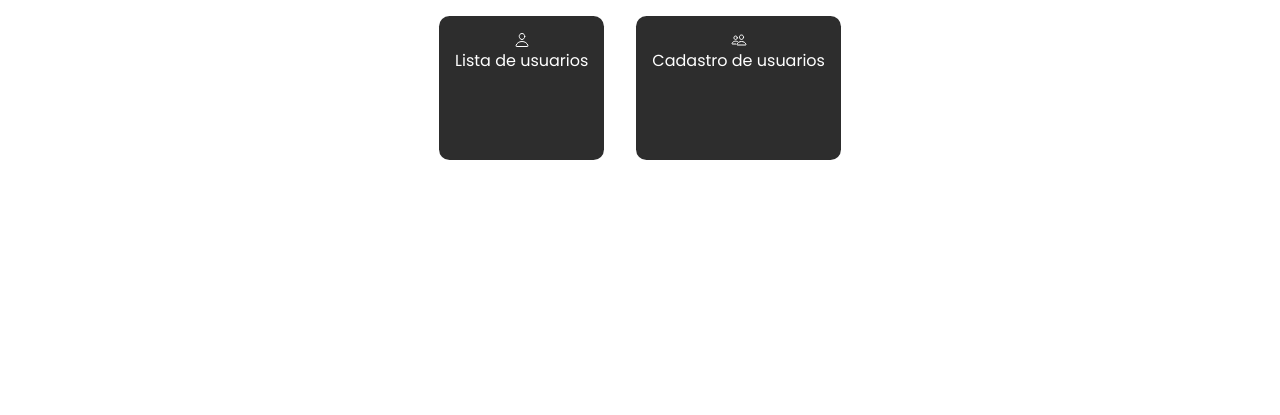
Repository: BeatrizFloriano96/myPagesSpeedLog
Page: html/usuarios.html
These files come from the project's save history. The page is drawn as it stood at one moment and after the next save; the edit follows.
The browser window is 1280 px wide. The pictures show the whole page.

Above is the page before, as saved 2022-01-29 13:06:34.

### html/usuarios.html
<link rel="stylesheet" href="../css/usuarios.css">

<body>



    <section>
        <!--início ícones principais-->

        <div id="grandeCaixa">

            <div class="caixinha">
                <a href="/perfil">
                    <ion-icon class="icon" name="person-outline"></ion-icon>
                </a>
                <p>Lista de usuarios</p>
            </div>

            <div class="caixinha">
                <a href="/usuarios">
                    <ion-icon class="icon" name="people-outline"></ion-icon>
                </a>
                <p>Cadastro de usuarios</p>
            </div>

        </div>


        <!--Final ícones principais-->

        <script type="module" src="https://unpkg.com/ionicons@5.5.2/dist/ionicons/ionicons.esm.js"></script>
        <script nomodule src="https://unpkg.com/ionicons@5.5.2/dist/ionicons/ionicons.js"></script>
    </section>




</body>

### css/usuarios.css
@import url('https://fonts.googleapis.com/css2?family=Poppins:wght@100;200;300;400;500;600;700&display=swap');
@import url('https://fonts.googleapis.com/css2?family=Patrick+Hand&display=swap');

*{
    padding: 0;
    margin: 0;
    box-sizing: border-box;
    border: none;
    font-family: 'Poppins';

}

.caixinha{
        background-color:#2d2d2d;
        min-height: 20vh;
        min-width: 20vh;
        margin: 1rem;
        padding: 1rem;
        border-radius: 10.5px;
        text-align: center;

}

p, a {
    color: white;

}

#grandeCaixa{
    display: flex;
    justify-content: center;
    border-top: 30vh;
}

After the next save:
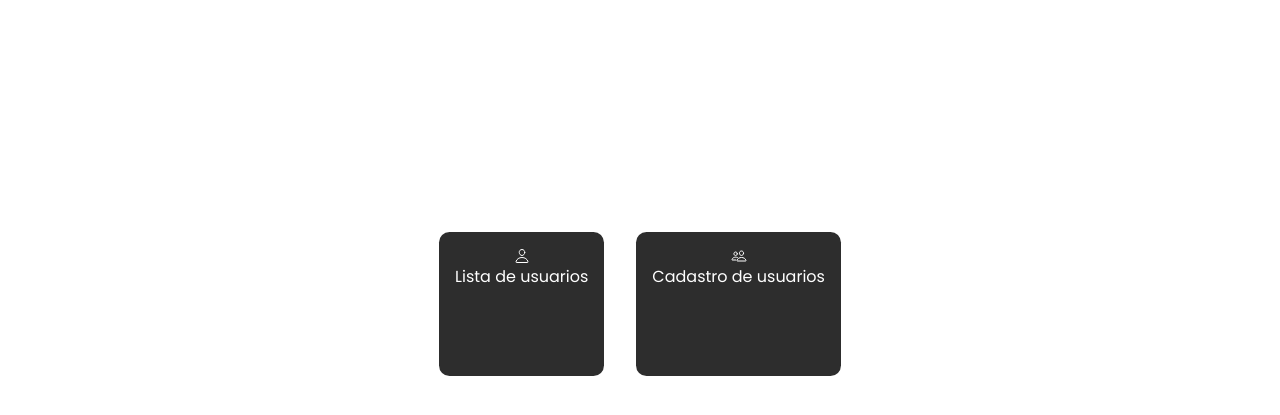
Saved 25 s later.
--- a/css/usuarios.css
+++ b/css/usuarios.css
@@ -29,5 +29,5 @@ p, a {
 #grandeCaixa{
     display: flex;
     justify-content: center;
-    border-top: 30vh;
+    margin-top: 30vh;
 }
